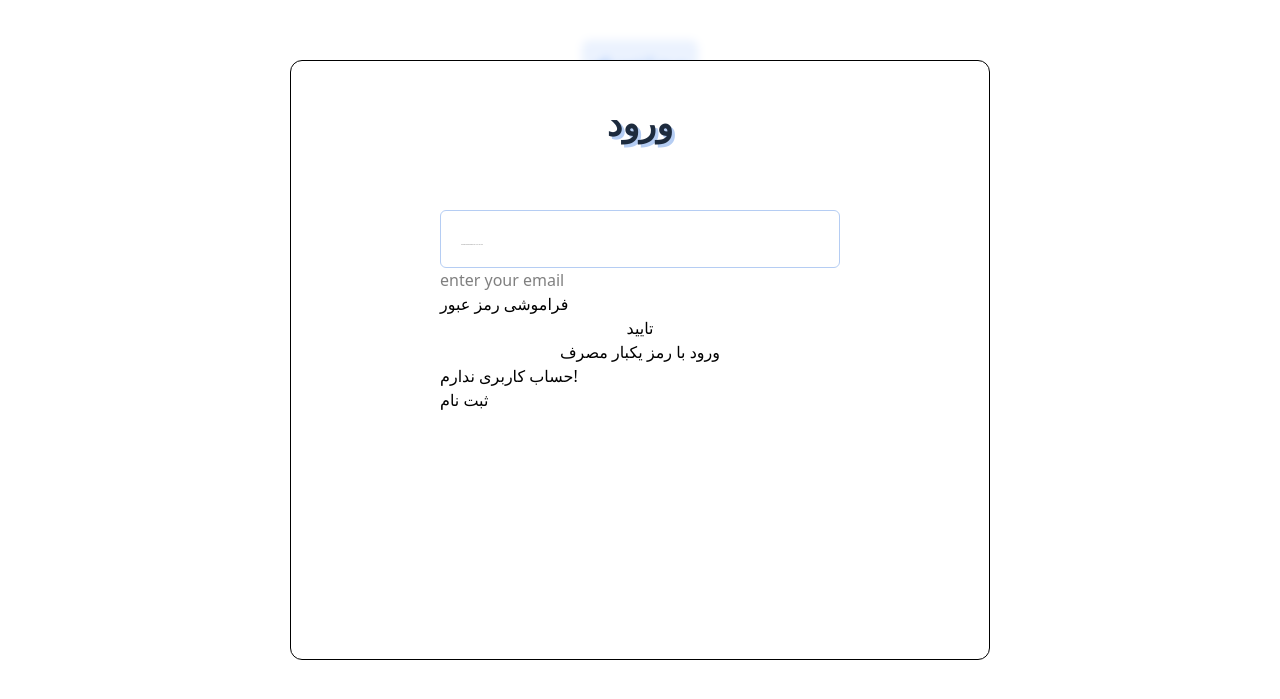
Repository: mohsenSarvariHero/AngularBase
Page: / (app in popup/), after clicking the first element matching `button.rounded-\[8px\]`
An editor plug-in stored every save of this project. The page is shown before and after the next save, followed by the edit.
The browser window is 1280 px wide. The pictures show the whole page.
The project was rebuilt for these pictures with package versions that can differ from the ones it lists, and the page was loaded fresh each time.

Above is the page before, as saved 2025-03-23 13:12:47.

After the next save:
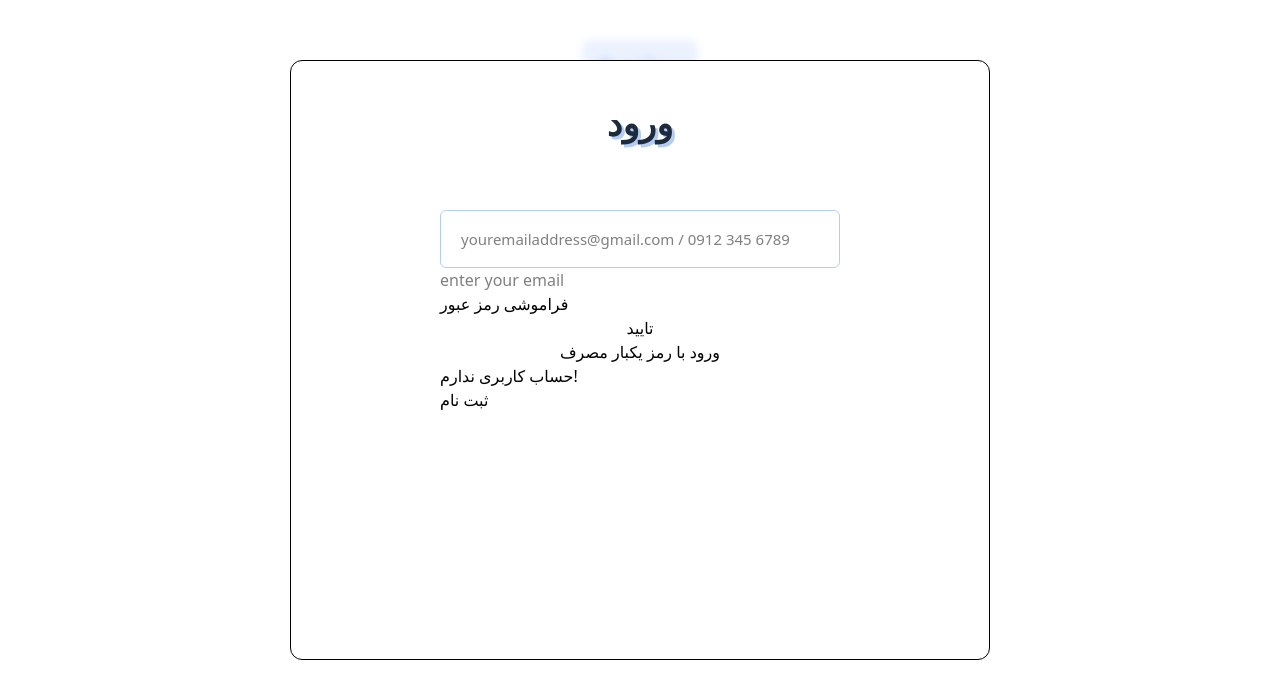
Saved 8 s later.
--- a/popup/src/popUp/PopUp.jsx
+++ b/popup/src/popUp/PopUp.jsx
@@ -58,7 +58,7 @@ function PopUp({onclose }) {
         <div className="rounded-xl bg-white flex flex-col gap-5 items-center mx-4 border-1 border-black w-[700px] h-[600px] mb-5">
           <h1 className='text-[#1d2b3e] text-[35px] font-bold mt-9 ' style={{ textShadow: '3px 3px 0px #B5CDF3' }}>ورود</h1>
           <form className='flex flex-col'>
-            <input type="email" placeholder="youremailaddress@gmail.com / 0912 345 6789" className='border-1 border-[#B5CDF3] rounded-md px-5 py-4 w-[400px]  mt-10 placeholder:text-[1px]'    required />
+            <input type="email" placeholder="youremailaddress@gmail.com / 0912 345 6789" className='border-1 border-[#B5CDF3] rounded-md px-5 py-4 w-[400px]  mt-10 placeholder:text-[15px]'    required />
             <input type="password" placeholder="enter your email" required />
             <a>فراموشی رمز عبور</a>
             <button type="submit">تایید</button>
